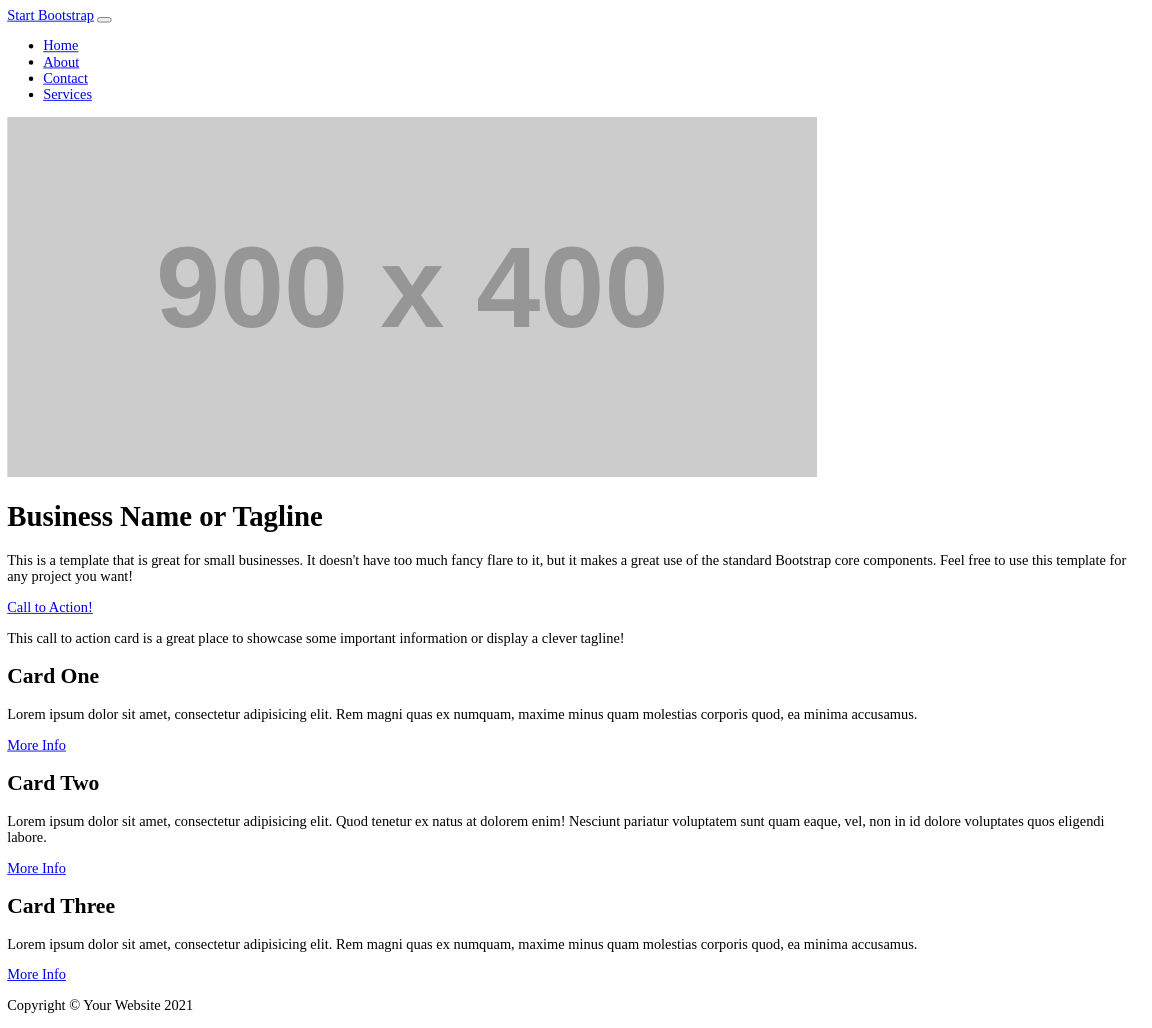
Repository: kubon9xhd/SpringMVC
Page: http://localhost/spring-mvc/WEB-INF/views/web/home.jsp
The author's editor kept a copy of each file at every save. The page is drawn from the files as they stood at one save, then again after the next save.
The browser window is 1280 px wide. The pictures show the whole page, at 90% of full size.
The page is served by Tomcat 9. Nobody is signed in. The template is opened directly, without the code that normally fills it, so the values that code supplies are empty.

Above is the page before, as saved 2021-06-05 14:23:29.

After the next save:
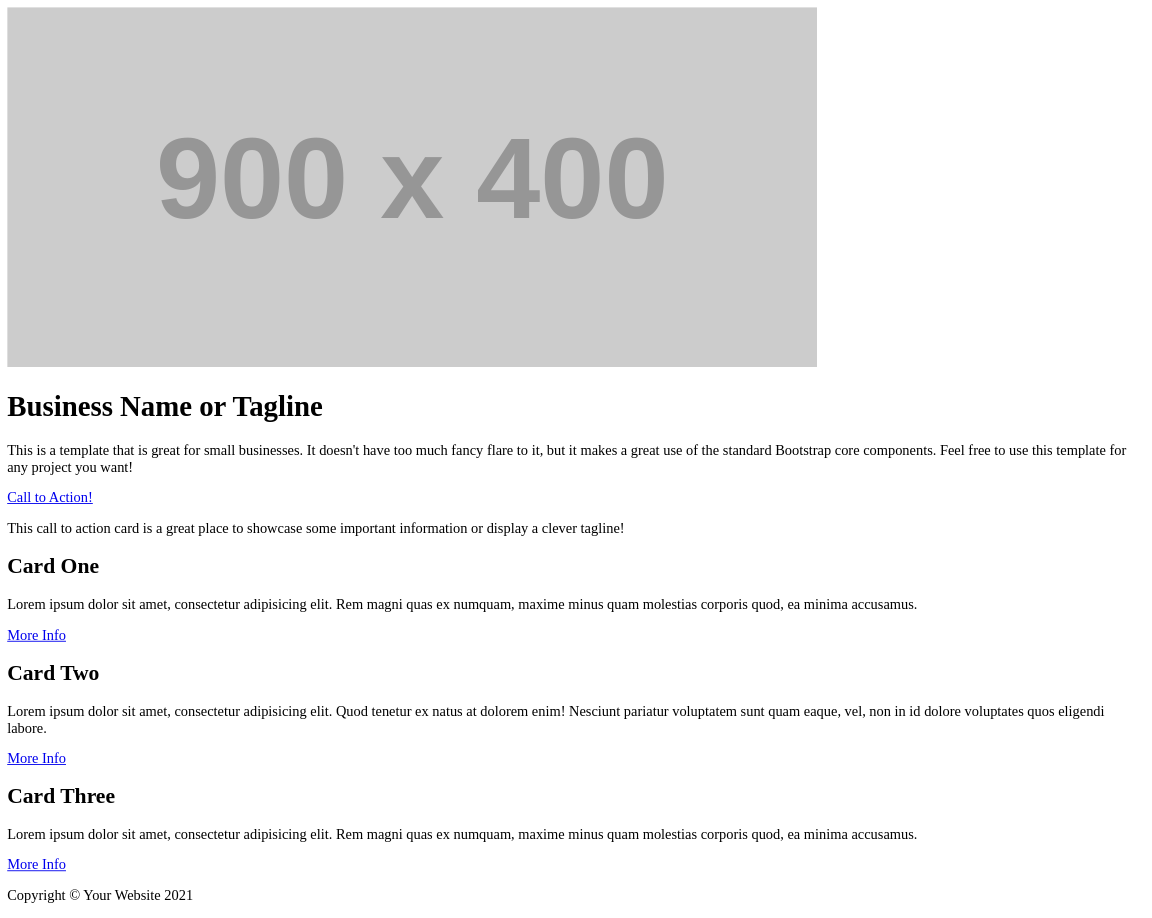
Saved 47 s later.
--- a/spring-mvc/src/main/webapp/WEB-INF/views/web/home.jsp
+++ b/spring-mvc/src/main/webapp/WEB-INF/views/web/home.jsp
@@ -13,27 +13,6 @@
 </head>
 
 <body>
-	<!-- Responsive navbar-->
-	<nav class="navbar navbar-expand-lg navbar-dark bg-dark">
-		<div class="container px-5">
-			<a class="navbar-brand" href="#!">Start Bootstrap</a>
-			<button class="navbar-toggler" type="button"
-				data-bs-toggle="collapse" data-bs-target="#navbarSupportedContent"
-				aria-controls="navbarSupportedContent" aria-expanded="false"
-				aria-label="Toggle navigation">
-				<span class="navbar-toggler-icon"></span>
-			</button>
-			<div class="collapse navbar-collapse" id="navbarSupportedContent">
-				<ul class="navbar-nav ms-auto mb-2 mb-lg-0">
-					<li class="nav-item"><a class="nav-link active"
-						aria-current="page" href="#!">Home</a></li>
-					<li class="nav-item"><a class="nav-link" href="#!">About</a></li>
-					<li class="nav-item"><a class="nav-link" href="#!">Contact</a></li>
-					<li class="nav-item"><a class="nav-link" href="#!">Services</a></li>
-				</ul>
-			</div>
-		</div>
-	</nav>
 	<!-- Page Content-->
 	<div class="container px-4 px-lg-5">
 		<!-- Heading Row-->
